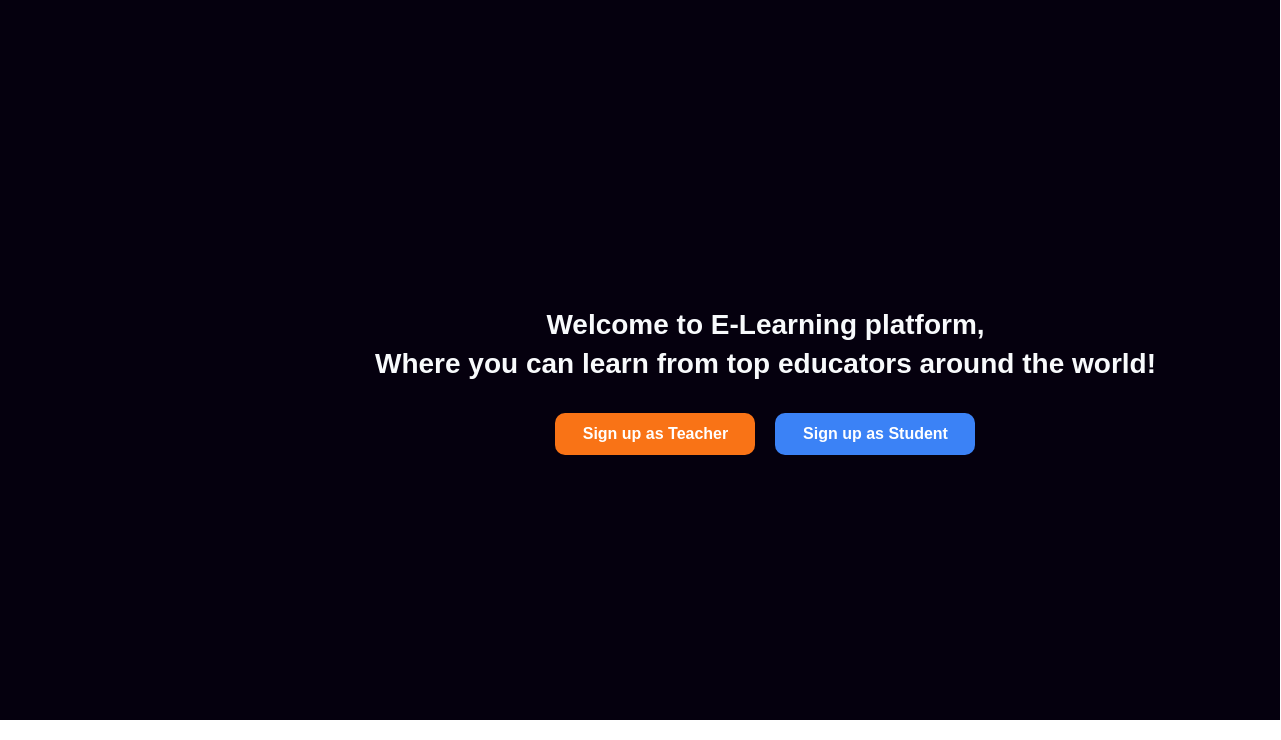
Repository: gowtham-jo/Learning-Management-System
Page: /
An editor plug-in stored every save of this project. The page is shown before and after a run of saves, followed by the edit.
The browser window is 1280 px wide. The page is 1281 px wide, so the pictures cover 1281 px, including what lies to the right of the window. The pictures show the whole page.
The project was rebuilt for these pictures with package versions that can differ from the ones it lists, and the page was loaded fresh each time. Also part of the build but not shown: vite.config.js, src/StudentRegistration.jsx, src/TeacherRegistration.jsx.

Above is the page before, as saved 2026-01-26 20:40:45.

### index.html
<!doctype html>
<html lang="en">
  <head>
    <meta charset="UTF-8" />
    <link rel="icon" type="image/svg+xml" href="/vite.svg" />
    <meta name="viewport" content="width=device-width, initial-scale=1.0" />
    <title>lms</title>
  </head>
  <body>
    <div id="root"></div>
    <script type="module" src="/src/main.jsx"></script>
  </body>
</html>

### src/App.jsx
import React from "react";
import "./App.css";
import Homepage from "./Homepage.jsx";
import { Routes, Route } from "react-router-dom";
import StudentRegistration from "./StudentRegistration.jsx";
import TeacherRegistration from "./TeacherRegistration.jsx";


import { useNavigate } from "react-router-dom";

const App = () => {
  return (
    <Routes>
      <Route path="/" element={<Homepage />} />
      <Route
        path="/student-registration"
        element={<StudentRegistration />}

      />
      <Route path="/teacher-registration" element={<TeacherRegistration />} />
    </Routes>
  );
};

export default App;

### src/index.css
*{
  margin:0;
  padding:0;
  box-sizing: border-box;
}
html,body,#root{
  height:100%;
}
:root {
  font-family: system-ui, Avenir, Helvetica, Arial, sans-serif;
  line-height: 1.5;
  font-weight: 400;

  color-scheme: light dark;
  color: rgba(255, 255, 255, 0.87);
  background-color: #242424;

  font-synthesis: none;
  text-rendering: optimizeLegibility;
  -webkit-font-smoothing: antialiased;
  -moz-osx-font-smoothing: grayscale;
}

a {
  font-weight: 500;
  color: #646cff;
  text-decoration: inherit;
}
a:hover {
  color: #535bf2;
}

body {
  margin: 0;
  display: flex;
  place-items: center;
  min-width: 320px;
  min-height: 100vh;
}

h1 {
  font-size: 3.2em;
  line-height: 1.1;
}

button {
  border-radius: 8px;
  border: 1px solid transparent;
  padding: 0.6em 1.2em;
  font-size: 1em;
  font-weight: 500;
  font-family: inherit;
  background-color: #1a1a1a;
  cursor: pointer;
  transition: border-color 0.25s;
}
button:hover {
  border-color: #646cff;
}
button:focus,
button:focus-visible {
  outline: 4px auto -webkit-focus-ring-color;
}

@media (prefers-color-scheme: light) {
  :root {
    color: #213547;
    background-color: #ffffff;
  }
  a:hover {
    color: #747bff;
  }
  button {
    background-color: #f9f9f9;
  }
}

### src/App.css
body {
  background-color: #05000e;
  font-family: Arial, sans-serif;
}

/* FULL-PAGE CENTERING */
.home-container {
  height: 100%;
  width: 100%;
  margin-top: 20px;
  margin-left:250px;

  display: grid;
  place-items: center; /* PERFECT center (x + y) */
}

/* Inner content wrapper */
.home-content {
  text-align: center;
}

/* Heading */
#heading {
  max-width: 1000px;
  color: #f8fafc;
  font-size: 28px;
  font-weight: 600;
  line-height: 1.4;
  margin-bottom: 30px;
}

/* Buttons */
.buttons {
  display: flex;
  gap: 20px;
  justify-content: center;
}

.btn {
  width: 200px;
  padding: 12px 20px;
  font-size: 16px;
  font-weight: 600;
  color: white;
  border: none;
  border-radius: 10px;
  cursor: pointer;
}

.orange { background-color: #f97316; }
.blue   { background-color: #3b82f6; }
.student-registration{
  display: flex;
  justify-content: center;
  align-items: center;
}
/*student-registration-container styling*/
.page-center {
  display: flex;
  height: 100vh;
  justify-content: center;
  align-items: center;
  width: 100vw;

}
.form-container {
  background-color: black;
  padding: 40px;
  border-radius: 10px;
  box-shadow: 0 4px 6px rgba(0, 0, 0, 0.1);
  width: 400px;
}

### src/Homepage.jsx
import React from "react";
import { useNavigate } from "react-router-dom";

const Homepage = () => {
  const navigate = useNavigate();

  return (
    <div className="home-container">
      <div className="home-content">
        <div id="heading">
          Welcome to E-Learning platform,
          <br />
          Where you can learn from top educators around the world!
        </div>

        <div className="buttons">
          <button
            className="btn orange"
            onClick={() => navigate("/teacher-registration")}
          >
            Sign up as Teacher
          </button>

          <button
            className="btn blue"
            onClick={() => navigate("/student-registration")}
          >
            Sign up as Student
          </button>
        </div>
      </div>
    </div>
  );
};

export default Homepage;

Loaded but not shown: src/main.jsx (common file)

After the next 3 saves:
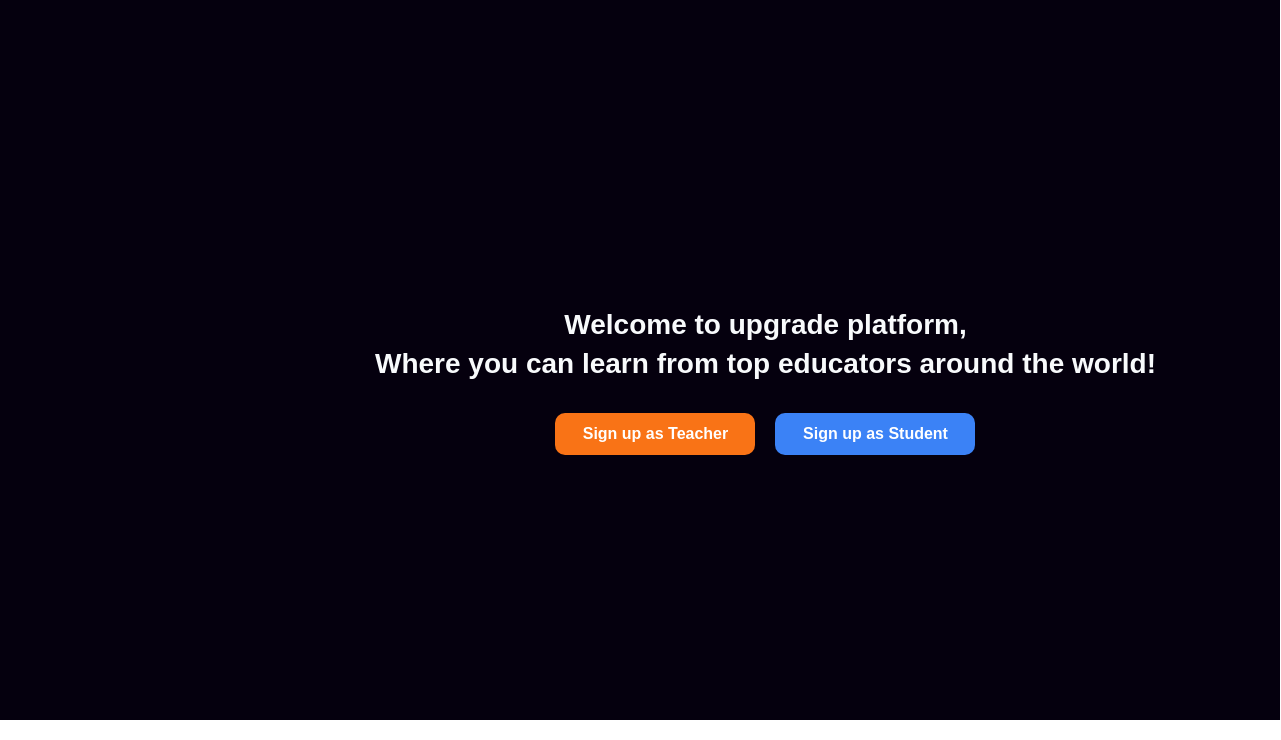
The 3 saves are shown as one change because they came seconds apart.
The last was saved 22 h 3 min later.
--- a/src/Homepage.jsx
+++ b/src/Homepage.jsx
@@ -8,7 +8,7 @@ const Homepage = () => {
     <div className="home-container">
       <div className="home-content">
         <div id="heading">
-          Welcome to E-Learning platform,
+          Welcome to upgrade platform,
           <br />
           Where you can learn from top educators around the world!
         </div>
